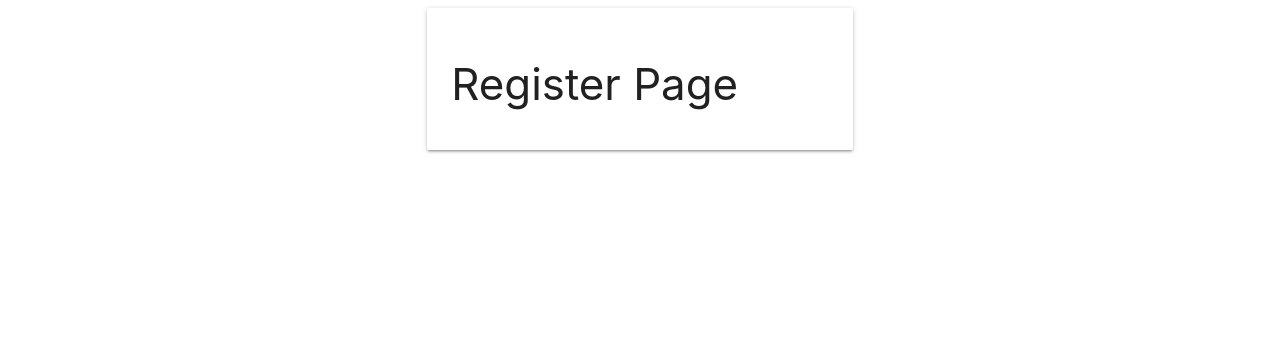
Repository: nin19/advance_java
Page: http://localhost/register-module/
The author's editor kept a copy of each file at every save. The page is drawn from the files as they stood at one save, then again after the next save.
The browser window is 1280 px wide. The pictures show the whole page.
The page is served by Tomcat 9.

Above is the page before, as saved 2024-10-17 13:38:11.

After the next save:
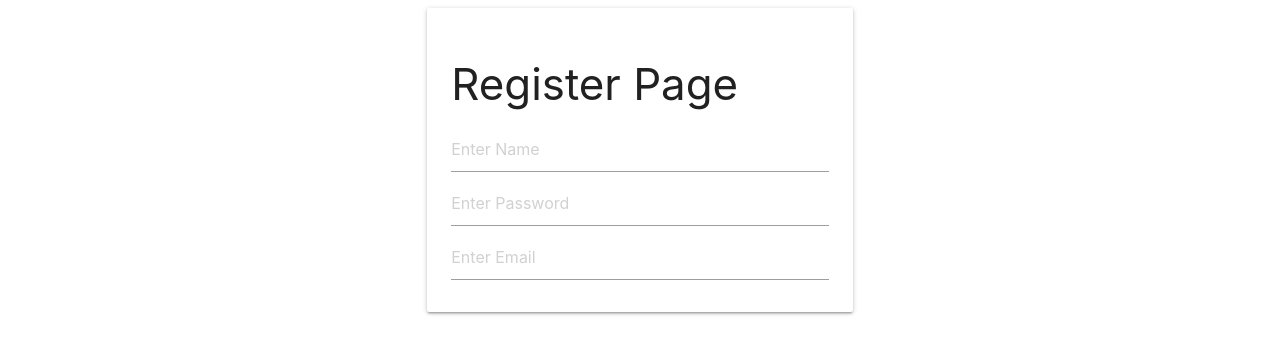
Saved 3 min 11 s later.
--- a/servlet/register-module/src/main/webapp/signup.jsp
+++ b/servlet/register-module/src/main/webapp/signup.jsp
@@ -19,6 +19,17 @@
 				<div class="card">
 					<div class="card-content">
 						<h3>Register Page</h3>
+
+						<div class="form">
+							<form action="Register" method="post">
+								<input type="text" name="user_name" placeholder="Enter Name"/>
+								<input type="password" name="user_password" placeholder="Enter Password"/>
+								<input type="password" name="user_email" placeholder="Enter Email"/>
+							</form>
+						</div>
+						<div class="loader">
+
+						</div>
 					</div>
 				</div>
 			</div>
